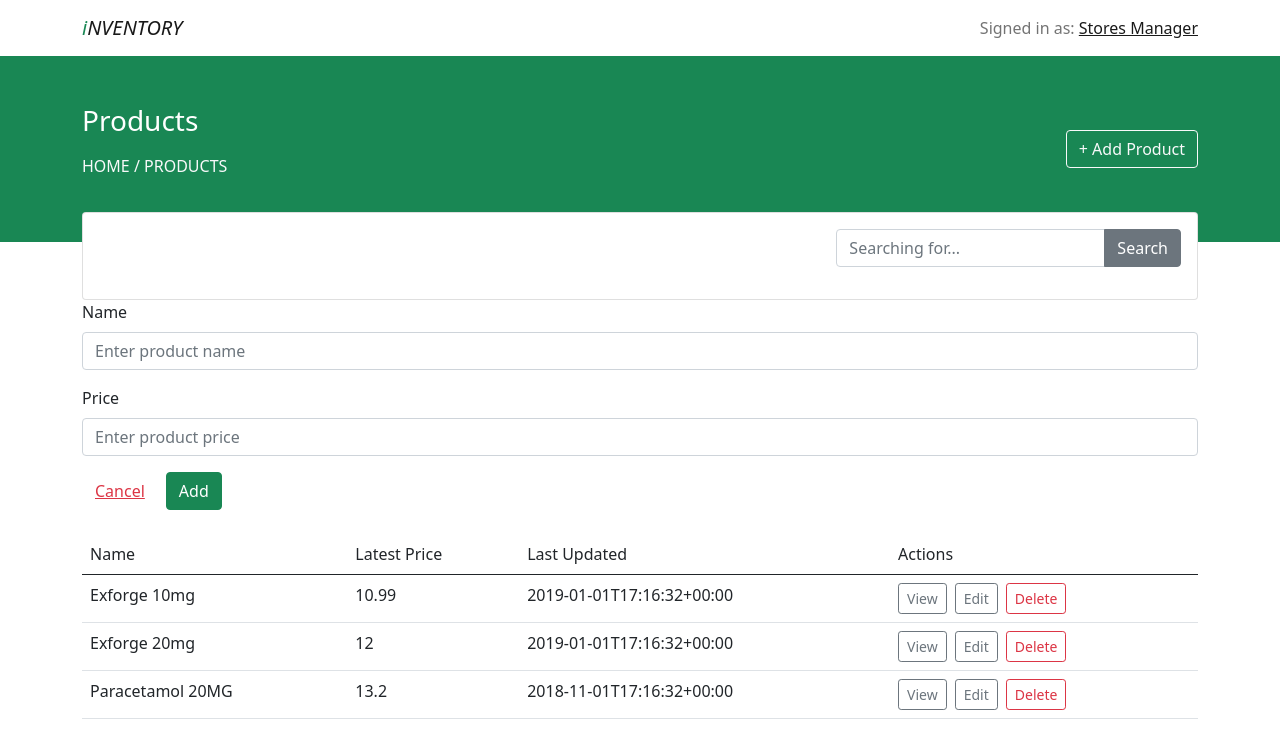
Repository: tHEO2k17/inventory-manager
Page: /
The author's editor kept a copy of each file at every save. The page is drawn from the files as they stood at one save, then again after the next save.
The browser window is 1280 px wide. The pictures show the whole page.
The project was rebuilt for these pictures with package versions that can differ from the ones it lists, and the page was loaded fresh each time.

Above is the page before, as saved 2021-08-31 09:29:44.

### src/index.tsx
import React from 'react';
import ReactDOM from 'react-dom';
import './index.scss';
import App from './presentation/App';

ReactDOM.render(
  <React.StrictMode>
    <App />
  </React.StrictMode>,
  document.getElementById('root')
);

### src/index.scss
@import '~bootstrap/scss/bootstrap.scss';

.mtn-30{
    margin-top: -30px;
}

### src/presentation/App.tsx
import ProductsPage from './pages/ProductsPage';

export default function App() {
  return ( <ProductsPage/> );
}

### src/presentation/pages/ProductsPage.tsx
import { Component } from "react"
import { Button, Card, Col, Container, FormControl, InputGroup, Row, Table } from "react-bootstrap";
import { mock } from "../../core/mock";
import Banner from "../components/Banner";
import Product from "../components/Product";
import ProductForm from "../components/ProductForm";
import TopBar from "../components/TopBar";

export default class ProductsPage extends Component {
    // constructor(props: any) {
    //     super(props);
    // }

    render() {
        return (
            <>
                <TopBar />
                <Banner />
                <Container>
                    <Card className="mtn-30">
                        <Card.Body>
                            <Row>
                                <Col></Col>
                                <Col md="4">
                                    <InputGroup className="mb-3">
                                        <FormControl
                                            placeholder="Searching for..."
                                            aria-label="Searching for..."
                                            aria-describedby="basic-addon2"
                                        />
                                        <Button variant="secondary" id="button-addon2"> Search</Button>
                                    </InputGroup>
                                </Col>
                            </Row>
                        </Card.Body>
                    </Card>
                    <ProductForm />
                    <br />
                    <Table>
                        <thead>
                            <tr>
                                <td>Name</td>
                                <td>Latest Price</td>
                                <td>Last Updated</td>
                                <td>Actions</td>
                            </tr>
                        </thead>
                        <tbody>
                            {
                                mock.products.map(product => <Product key={product.id} product={product} />)
                            }
                        </tbody>
                    </Table>
                </Container>
            </>
        );
    }
}

### src/core/mock.ts
export const mock = {
    "products": [
        {
            "id": 1,
            "name": "Exforge 10mg",
            "prices": [
                {
                    "id": 1,
                    "price": 10.99,
                    "date": "2019-01-01T17:16:32+00:00"
                },
                {
                    "id": 2,
                    "price": 9.20,
                    "date": "2018-11-01T17:16:32+00:00"
                }
            ]
        },
        {
            "id": 2,
            "name": "Exforge 20mg",
            "prices": [
                {
                    "id": 3,
                    "price": 12.00,
                    "date": "2019-01-01T17:16:32+00:00"
                },
                {
                    "id": 4,
                    "price": 13.20,
                    "date": "2018-11-01T17:16:32+00:00"
                }
            ]
        },
        {
            "id": 3,
            "name": "Paracetamol 20MG",
            "prices": [
                {
                    "id": 5,
                    "price": 5.00,
                    "date": "2017-01-01T17:16:32+00:00"
                },
                {
                    "id": 6,
                    "price": 13.20,
                    "date": "2018-11-01T17:16:32+00:00"
                }
            ]
        }
    ]
};

### src/presentation/components/Banner.tsx
import { Button, Col, Container, Row } from "react-bootstrap";

const Banner = () => {
    return (
        <section className="bg-success">
            <Container className="py-5 text-white">
                <Row className="align-items-center">
                    <Col>
                        <h3>Products</h3>
                        <p className="text-light mt-3 fw-light fs-6">HOME / PRODUCTS</p>
                    </Col>
                    <Col>
                        <Button variant="outline-light" className="float-end">+ Add Product</Button>
                    </Col>
                </Row>
            </Container>
        </section>
    );
}

export default Banner;

### src/presentation/components/Product.tsx
import { Button } from "react-bootstrap"
import moment from 'moment';

const Product = ({ product }: ProductProps) => {

    const findLatestPriceInfo = (prices: any[]): any => {
        return prices.reduce(
            (acc: any, value: any) =>
                moment(acc.date).isAfter(value.date)
                    ? acc
                    : value
        );
    }

    return (
        <tr>
            <td>{product.name}</td>
            <td>{findLatestPriceInfo(product.prices).price}</td>
            <td>{findLatestPriceInfo(product.prices).date}</td>
            <td>
                <Button size="sm" variant="outline-secondary">View</Button>
                <Button size="sm" variant="outline-secondary" className="mx-2">Edit</Button>
                <Button size="sm" variant="outline-danger">Delete</Button>
            </td>
        </tr>
    );

}

export default Product;

type ProductProps = {
    key: any,
    product: any
}

### src/presentation/components/ProductForm.tsx
import { Component } from "react";
import { Button, Form } from "react-bootstrap";

export default class ProductForm extends Component {
    // constructor(props: any) {
    //     super(props);
    // }

    render() {
        return (
            <Form>
                <Form.Group className="mb-3">
                    <Form.Label>Name</Form.Label>
                    <Form.Control type="text" placeholder="Enter product name" />
                </Form.Group>

                <Form.Group className="mb-3">
                    <Form.Label>Price</Form.Label>
                    <Form.Control type="text" placeholder="Enter product price" />
                </Form.Group>

                <Form.Group>
                    <Button variant="link" className="me-2 text-danger">Cancel</Button>
                    <Button variant="success">Add</Button>
                </Form.Group>

            </Form>
        );
    }
}

### src/presentation/components/TopBar.tsx
import { Container, Navbar } from "react-bootstrap";

const TopBar = () => {
    return (
        <Navbar>
            <Container>
                <Navbar.Brand href="#home" className="fst-italic"><span className="text-success">i</span>NVENTORY</Navbar.Brand>
                <Navbar.Toggle />
                <Navbar.Collapse className="justify-content-end">
                    <Navbar.Text>
                        Signed in as: <a href="#login">Stores Manager</a>
                    </Navbar.Text>
                </Navbar.Collapse>
            </Container>
        </Navbar>
    );
}

export default TopBar;

Loaded but not shown: public/index.html (common file)

After the next save:
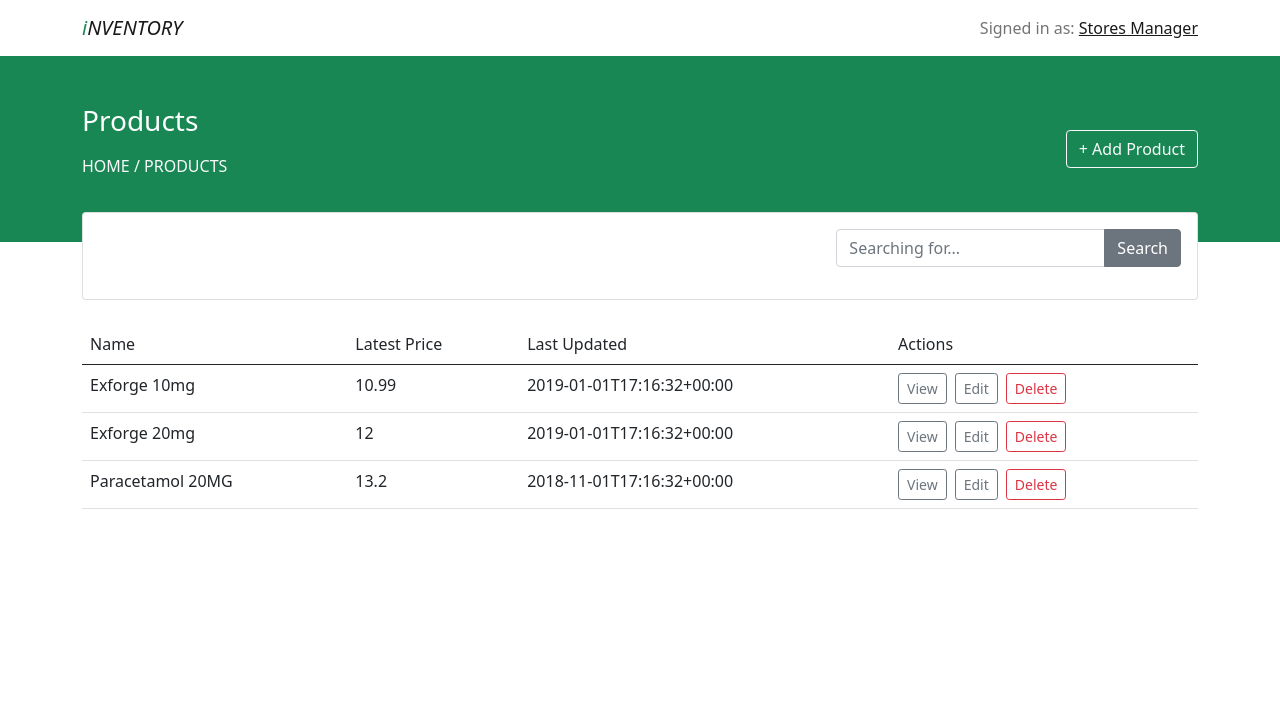
Saved 19 s later.
--- a/src/presentation/pages/ProductsPage.tsx
+++ b/src/presentation/pages/ProductsPage.tsx
@@ -34,7 +34,7 @@ export default class ProductsPage extends Component {
                             </Row>
                         </Card.Body>
                     </Card>
-                    <ProductForm />
+                    {/* <ProductForm /> */}
                     <br />
                     <Table>
                         <thead>
